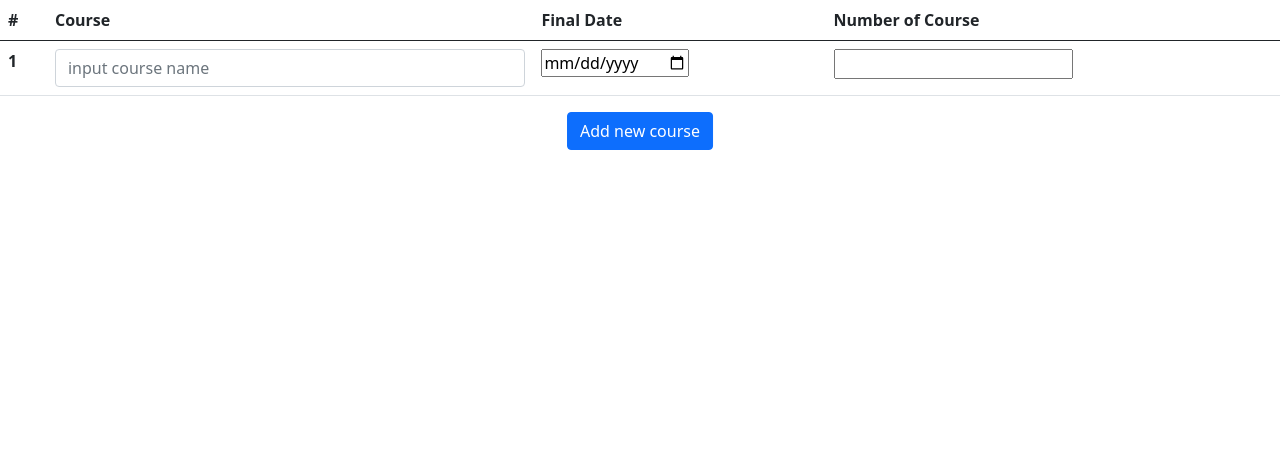
Repository: xich4932/fuxiguanli
Page: index_main.html
These files come from the project's save history. The page is drawn as it stood at one moment and after the next save; the edit follows.
The browser window is 1280 px wide. The pictures show the whole page.
After loading, the first visible `button.btn` was clicked once.

Above is the page before, as saved 2021-06-24 14:48:52.

### index_main.html
<!doctype html>
<html lang="en">
  <head>
    <!-- Required meta tags -->
    <meta charset="utf-8">
    <meta name="viewport" content="width=device-width, initial-scale=1">

    <!-- Bootstrap CSS -->
    <link href="https://cdn.jsdelivr.net/npm/bootstrap@5.0.1/dist/css/bootstrap.min.css" rel="stylesheet" integrity="sha384-+0n0xVW2eSR5OomGNYDnhzAbDsOXxcvSN1TPprVMTNDbiYZCxYbOOl7+AMvyTG2x" crossorigin="anonymous">
    <script src="https://cdnjs.cloudflare.com/ajax/libs/jquery/3.6.0/jquery.min.js" integrity="sha512-894YE6QWD5I59HgZOGReFYm4dnWc1Qt5NtvYSaNcOP+u1T9qYdvdihz0PPSiiqn/+/3e7Jo4EaG7TubfWGUrMQ==" crossorigin="anonymous" referrerpolicy="no-referrer"></script>

    <link rel="stylesheet" href="style.css">
    <title>Hello, world!</title>
  </head>
  <body onload="load_table()">

    <!-- Optional JavaScript; choose one of the two! -->

    <!-- Option 1: Bootstrap Bundle with Popper -->
    <script src="https://cdn.jsdelivr.net/npm/bootstrap@5.0.1/dist/js/bootstrap.bundle.min.js" integrity="sha384-gtEjrD/SeCtmISkJkNUaaKMoLD0//ElJ19smozuHV6z3Iehds+3Ulb9Bn9Plx0x4" crossorigin="anonymous"></script>

    <!-- Option 2: Separate Popper and Bootstrap JS -->
    <!--
    <script src="https://cdn.jsdelivr.net/npm/@popperjs/core@2.9.2/dist/umd/popper.min.js" integrity="sha384-IQsoLXl5PILFhosVNubq5LC7Qb9DXgDA9i+tQ8Zj3iwWAwPtgFTxbJ8NT4GN1R8p" crossorigin="anonymous"></script>
    <script src="https://cdn.jsdelivr.net/npm/bootstrap@5.0.1/dist/js/bootstrap.min.js" integrity="sha384-Atwg2Pkwv9vp0ygtn1JAojH0nYbwNJLPhwyoVbhoPwBhjQPR5VtM2+xf0Uwh9KtT" crossorigin="anonymous"></script>
    -->
    <div class="container" id="table_itself">
    <div id="print_table" class="table_style">
      <table class="table" id = "this_table">
        <thead>
          <tr>
            <th scope="col">#</th>
            <th scope="col">Sun</th>
            <th scope="col">Mon</th>
            <th scope="col">Tue</th>
            <th scope="col">Wed</th>
            <th scope="col">Thur</th>
            <th scope="col">Fri</th>
            <th scope="col">Sat</th>
          </tr>
        </thead>
        <tbody id="table_body">

        </tbody>
        </table>
    </div>
    <!--
    <div>
      <div id="course_table" >
        <table class="table" id = "add_course_table">
          <thead>
            <tr>
              <th scope="col">#</th>
              <th scope="col">Course</th>
              <th scope="col">Final Date</th>
              <th scope="col">Number of Course</th>
            </tr>
          </thead>
          <tbody id="course">

            <tr>
              <th scope="row">1</th>
              <td>
                <input class="form-control" type="text" placeholder="input course name" aria-label="default input example" id="course_0">
              </td>
              <td>
                <input type="date" id="final_0">
              </td>
              <td>
                <input type="number" id="num_0">
              </td>
            </tr>

          </tbody>
          </table>
    </div>
    </div>
    -->


    <div class="position-absolute bottom-7 start-50 translate-middle-x">
      <button type="button" class="btn btn-primary" onclick="checking()">Submit</button>
      <!--
      <a class="btn btn-primary" href="class_main.html" style="visibility:hidden;" role="button" id="table_next">Next</a>
      -->
    </div>
  </div>

    <div container style="visibility: hidden;" id="table_next">
      <div>
        <div id="course_table" >
          <table class="table" id = "add_course_table">
            <thead>
              <tr>
                <th scope="col">#</th>
                <th scope="col">Course</th>
                <th scope="col">Final Date</th>
                <th scope="col">Number of Course</th>
              </tr>
            </thead>
            <tbody id="course">

              <tr>
                <th scope="row">1</th>
                <td>
                  <input class="form-control" type="text" placeholder="input course name" aria-label="default input example" id="course_0">
                </td>
                <td>
                  <input type="date" id="final_0">
                </td>
                <td>
                  <input type="number" id="num_0">
                </td>
              </tr>

            </tbody>
            </table>
      </div>
      </div>
      <!--
        <div ">
        <button type="button" class="btn btn-primary" id="addbtn" onclick="printing()">check</button>
      </div>
      -->
        <div>

          <div class="position-absolute bottom- start-50 translate-middle-x">
              <button type="button" class="btn btn-primary" id="addbtn" onclick="add_course()">Add new course</button>

          </div>
    </div>



     <script type="text/javascript" src="script.js" defer="true"></script>
  </body>
</html>

### style.css

.vertical-center {
    margin: 0;
    position: absolute;
    top: 50%;
    -ms-transform: translateY(-50%);
    transform: translateY(-50%);
}
/*
.float{
	position:fixed;
	width:60px;
	height:60px;
	bottom:40px;
	right:40px;
	background-color:#0C9;
	color:#FFF;
	border-radius:50px;
	text-align:center;
	box-shadow: 2px 2px 3px #999;
}
*/
.table_style{
	background-color: whitesmoke;
	width: 80%;
	height: 100%;
	margin: auto;
	border-radius: 1pc;
	border-color: teal;
}

### script.js
function load_table(){
    var table = document.getElementById("table_body")
    //table.innerHTML;
    str = ''
    count = 0;
    window_time = ["6:00-8:00", "8:00-10:00", "10:00-12:00", "12:00-14:00", "14:00-16:00", "16:00-18:00", "18:00-20:00", "20:00-22:00", "22:00-24:00"]
    for(r = 0; r < 9; r++){
        str += '<th scope="row">'+window_time[r]+'</th>'
        for(i = 0; i < 7; i++){
            str += '<td><div class="form-check"><input class="form-check-input" type="checkbox" value="" id="check'+count+'"><label class="form-check-label" for="window'+count+'"></label></div></td>'
            count ++
        }
        str += '</tr>'
    }
    //var arr = [1,2,3,4]
    //test.apply(this ,arr)
    //console.log(arr.join())
    table.innerHTML += str
};

var week = []
function checking(){
    for(var f = 0; f < 7; f++){
        var temp_arr = []
        for( i = f; i <63; i+=7 ){
            if(document.getElementById('check' + String(i)).checked == true){
                console.log(i)
                temp_arr.push(parseInt(i/ 7))
            }
        }
        week.push(temp_arr)
    }
    console.log(week)
    document.getElementById("table_next").style.visibility = "visible"
    document.getElementById("table_itself").style.visibility = "hidden"
    document.getElementById("table_itself").style.height = 0
}

var total = 1;
//test
/*
week.push([0])
week.push([1,2])
week.push([2,3])
week.push([4])
week.push([5])
week.push([])
week.push([])
*/
var giant_table = []

function add_course(){
    add = document.getElementById("course");
    str = '<tr><th scope="row">'+ (total+1)+'</th><td><input class="form-control" type="text" placeholder="input course name" aria-label="default input example" id="course_'+total+'"></td><td><input type="date" id="final_'+total+'"></td><td><input type="number" id="num_'+total+'"></td></tr>'
    total += 1
    $('#add_course_table tr:last').after(str);
}

function printing(){
    console.log(document.getElementById('final_date1').value)
    console.log(document.getElementById('num_course1').value)
    console.log(document.getElementById('course_1').value)

}


//the day before final is reserved, thus function need to find the actual day of before_fianl
function cal_day(day, month, year){
    if(day != 1){
        day -= 1
        if(day < 10){
            //return String(year)+String(month)+'0'+String(day)
            return year.toString() + month.toString() + '0' + day.toString()
        }else{
            //return String(year)+String(month)+String(day)
            return year.toString() + month.toString()  + day.toString()
        }
    }else if(!(month == 1 && day == 1)){
        //month - 1 which is end with 31
        if(month == 1 || month == 2 || month == 4 || month == 6 || month == 8 || month == 9 || month == 11){
            month = (month - 1)%12
            if(month < 10){
                return String(year) + '0' + String(month) + "31"
            }else{
                return String(year) + String(month) + "31"
            }

        }else if(month == 3){//month - 1 is Feb, we need to check whether is leap year
            month = 2;
            if(((year % 4 == 0) && (year % 100 != 0)) || (year % 400 == 0)){
                day = 29
            }else{
                day = 28
            }
            return String(year) + String(month) + String(day)
        }else{
            //month - 1 which is end with 30
            month = (month - 1)%12
            if(month < 10){
                return String(year) + '0' + String(month) + "30"
            }else{
                return String(year) + String(month) + "30"
            }
        }
    }else{
        //when is the first day of year, year - 1
        year -= 1
        return String(year) + "1231"
    }
}
/*
cal_day(21,2,1999)
cal_day(1,3,2020)
cal_day(1,3,2021)
cal_day(1,10,2021)
*/

function cal_next_day(day, month, year){
    if(month == 1 || month == 3 || month == 5 || month == 7 || month == 8 || month == 10 || month == 12){ // month end in 30 days
        if(month == 12 && day == 31){//next day is new year
            return (year+1).toString() + "0101"
        }
        if(day + 1 <= 31){
            if(day + 1 < 10){
                day = "0" + (day + 1).toString()
            }else{
                day = (day + 1).toString()
            }
        }else{
            day = "01"
            month +=1
        }
        if(month < 10){
            month = "0" + month.toString()
        }else{
            month = month.toString()
        }
    }
    else if(month == 2){
        var max_day = 0;
        month = "03"
        if(((year % 4 == 0) && (year % 100 != 0)) || (year % 400 == 0)){
            //day = 29
            max_day = 29
        }else{
            max_day = 28
        }
        if(day + 1 > max_day){

            day = "01"
        }else{
            day = (day + 1).toString()
            if(day < 9){
                day = "0" + (day + 1).toString()
            }else{
                day = (day + 1).toString()
            }
        }
    }else{
        //month end in 30 days
        if(day + 1 <= 30){
            if(day + 1 < 10){
                day = "0" + (day + 1).toString()
            }else{
                day = (day + 1).toString()
            }
        }else{
            month += 1
            day = "01"
        }
        if(month  < 10){
            month = "0" + month.toString()
        }else{
            month = month.toString()
        }

    }
    return String(year)+String(month)+String(day)
}

function week_handle(){
    for(var e = 0; e < week.size; e++){
        var temep_arr = []
        for(var t = 0; e < week[e].size; t++){
            console.log(week[e][t])
            var taker = ret_window(week[e][t])
            console.log(taker)
            temp_arr.push(taker)
        }
        week[e] = []
        week[e].push(temp_arr)
        temp_arr = []
    }
    //console.log(week.join())
}


var final_arr=[]; // final dates
var before_final = [] //the days before final
var course_arr = []; //course name
var num_arr = [] //number of topic of final for review
var start_day = []//start day of
//var time_end = []//
var exclude_final = [] // exclude from review days
var exclude_str = "" //for RRULE
var icsFile = null;
var event_str = ""
var until = []
var start1 = ""
var start2 = ""
var window_str = ""
var special_id = [] //record UID of calendar task,
var count_fail = 0 //when fail = number of course, function stops
var remain_day = [] //record timewindow that has been used
//var final = []

function create() {
    for(var i = 0; i < total; i++){
        final_arr.push(document.getElementById("final_"+String(i)).value)
        num_arr.push(document.getElementById("num_"+String(i)).value)
        course_arr.push(document.getElementById("course_"+String(i)).value)
    }
   console.log(final_arr.join())
   console.log(course_arr.join())
   console.log(num_arr.join())
    console.log("week: ", week.join())
    //handle week array
    week_handle()

   //total = 2;
   var today = new Date();
   year = today.getFullYear()
   month = today.getMonth() + 1
   day = today.getDate()
   year_str = year.toString()
   month_str = month > 9? month.toString(): "0"+month.toString()
   day_str = day > 9? day.toString(): "0"+day.toString()
    start_day = cal_next_day(day_str, month_str, year_str)
    for(var i = 0; i < total; i++){
        console.log(final_arr[i].substring(0, 4))
        console.log(final_arr[i].substring(5, 7))
        console.log(final_arr[i].substring(8))
        console.log(cal_day((final_arr[i].substring(0, 4)),(final_arr[i].substring(5, 7)), (String(final_arr[i].substring(8)))))
        before_final.push(cal_day(final_arr[i].substring(8), final_arr[i].substring(5, 7), final_arr[i].substring(0, 4)))
        final_arr[i] = final_arr[i].substring(0, 4).toString() + final_arr[i].substring(5, 7).toString() + final_arr[i].substring(8).toString()
        special_id.push(Math.random().toString(36).substring(2))
    }
    //total /= 2
    console.log(final_arr.join())
    console.log(before_final.join())
    //start writing ics file
    day = today.getDay()
    day = (day + 1) % 7
    var idx = day;
    var starter = year.toString() +  month.toString() +  day.toString()
    var  temp_start = starter
    while(count_fail < total){
        temp_start  = starter
        while(temp_start != before_final[idx]){
            for(var ss = 0; ss < week[idx].size(); ss++){
                var start_str = (week[idx][ss]).toString()
            }
            createEvent_review(special_id[idx], course_arr[idx], temp_start, idx)
        }

    }
    ret_window()
    review_windows()
    automator()
   var final_ics = createEvent_final()
   //makeIcsFile()
   var ready = document.getElementById("downbtn")
   ready.href = makeIcsFile()
   document.getElementById("downbtn").style.visibility = "visible"
}

function check_reserved(tocheck){
    remain_day.map(x =>  {
        if(x == tocheck)
        return true
    })
    return false
}
/*
function exdate_working(){
    var temp_size = total / 2
    for(var t =0; t < total; t+=2){
        var str = ""
        str = String(final_arr[t].substring(0,4)) + String(final_arr[t].substring(5,7)) + String(final_arr[t].substring(8)) + 'T' + "000000"
        time_start.push(str)
        console.log("im in func")
    }
}
 */
/*
function time_to_start(){
   // console.log(final_arr.join())
    for(var t =0; t < total; t+=2){
        var str = ""
        str = String(final_arr[t].substring(0,4)) + String(final_arr[t].substring(5,7)) + String(final_arr[t].substring(8)) + 'T' + "000000"
        time_start.push(str)
        console.log("im in func")
    }
    //console.log(time_start.join())
}

function time_to_end(){
    //console.log(final_arr.join())
    for(var t =1; t <= total; t+=2){
        var str = ""
        str = String(final_arr[t].substring(0,4)) + String(final_arr[t].substring(5,7)) + String(final_arr[t].substring(8)) + 'T' + "235959"
        time_end.push(str)
        console.log("im in fund")
    }
}
 */

/*

 */
function final_rearrange(){
    for(var t =0; t < total ; t++){
        var temp_str = String(final_arr[t].substring(0,4)) + String(final_arr[t].substring(5,7)) + String(final_arr[t].substring(8)) + 'T' + "000000"
        if(t % 2){
            final_arr.push(temp_str)
        }
        exclude_str += temp_str
        exclude_str +=    ','
    }
    //console.log(str)
    //console.log(final_formatted.join())
}
/*
 *  store the time of windows
 *
 */
function ret_window(num){
    if(num == 0){
        start1 = "060000"
        start2 = "080000"
    }else if(num == 1){
        start1 = "080000"
        start2 = "100000"
    }else if(num == 2){
        start1 = "100000"
        start2 = "120000"
    }else if(num == 3){
        start1 = "120000"
        start2 = "140000"
    }else if(num == 4){
        start1 = "140000"
        start2 = "160000"
    }else if(num == 5){
        start1 = "160000"
        start2 = "180000"
    }else if(num == 6){
        start1 = "180000"
        start2 = "200000"
    }else if(num == 7){
        start1 = "200000"
        start2 = "220000"
    }else if(num == 8){
        start1 = "220000"
        start2 = "240000"
    }
    return start1.toString() + start2.toString()
}
/*
function review_windows(){
    var today = new Date()
    for(var d = 0; d < total; d++){
        //window_str =
        time_start.push(String(today.getFullYear()) + String(today.getMonth()+1) + String(today.getDate()) + "T" + window_start)
        time_end.push(String(today.getFullYear()) + String(today.getMonth()+1) + String(today.getDate()) + "T" + window_end)
    }
}
*/

/*
the final day and the days before final is reserved
*/
//var week = []
function calNextDay(month, year, day){
    if(month == 1 || month == 3 || month == 5 || month == 7 || month == 8 || month == 10 | month == 12 ){
        if(day + 1 > 31) return 1;
      //  else return day + 1;
    }else if(month == 4 || month == 6 || month == 9 || month == 11){
        if(day + 1 > 30) return 1;
     //   else return day + 1;
    }else{
        if(year % 4){
            if(day + 1 > 28) return 1;
          //  else return day + 1;
        } //return 28;
        if(!(year % 4) && year % 100){
            if(day + 1 > 29) return 1;
          //  else return day + 1;
        } //return 29; //leap month
        if(year % 100 && !(year % 400)){
            if(day + 1 > 28) return 1;
          //  else return day + 1;
        } //return 28
        else{
            if(day + 1 > 29) return 1;
          //  else return day + 1;
        } //return 29 //leap month
    }
    return day + 1
}



function automator(){
    var today = new Date()
    var sizer = total / 2;
    var temp_event
    console.log(today.getFullYear(), today.getMonth() +1, today.getDate())
    //document.getElementById("")
    time_start = String(today.getFullYear()) + String(today.getMonth()+1) + String(today.getDate()) + 'T000000'
    var weekday = translate_week((today.getDay() + 1) % 7 )
    for(var g = 0; g < sizer; g++){
        event_str += createEvent(course_arr[g], time_start[g], time_end[g] ,  until[g], translate_week(today.getDay()%7) )
    }
}


//return day in code
function translate_week(temp_week){
    switch (temp_week){
        case 0:
            return "SU"
            break;
        case 1:
            return "MO"
            break;
        case 2:
            return "TU"
            break;
        case 3:
            return "WE"
            break;
        case 0:
            return "TH"
            break;
        case 1:
            return "FR"
            break;
        case 2:
            return "SA"
            break;
        default:
            return "MO"
            break;
    }

}


//writing ICS rule

function createEvent_review(id, event_name, start_time, end_time, window) {
    var event_str = ""
    for(var i = 0; i < time_start.length; i++){
       event_str += "BEGIN:VEVENT\n" +
       "UID:" +
       id +
       "\n" +
       "TZID:Asia/Shanghai\n" +
       "DTSTART;VALUE=DATE:" +
       //time_start[i] +
       "\n" +
       "DTEND;VALUE=DATE:" +
      // time_end[i] +
       "\n" +
       "SUMMARY:" +
      // course_arr[i] +
       "\n" +
       "DESCRIPTION:" +
       "review for "+ course_arr[i] +
       "\n" +
       "BEGIN:VALARM\n" +
       "TRIGGER:-PT10M\n" +
       "ACTION:DISPLAY" +
       //"RRULE: FREQ=WEEKLY; WKST=SUN; BYDAY= " + r_week + //"EXDATE="+ exclude_str +
       //"\n" +
       "END:VEVENT\n";
    }
    return event_str
}

var final_str = ""
function createEvent_final() {
    for(var i = 0; i < total; i++){
       event_str += "BEGIN:VEVENT\n" +
       "UID:" +
       Math.random().toString(36).substring(2) +
       "\n" +
       "TZID:Asia/Shanghai\n" +
       "DTSTART;VALUE=DATE:" +
       //time_start[i] +
       final_arr[i] + "T000000"
       "\n" +
       "DTEND;VALUE=DATE:" +
       final_arr[i] + "T235959"
      // time_end[i] +
       "\n" +
       "SUMMARY:" +
       "final for "+ course_arr[i] +
       "\n" +
       "DESCRIPTION:" +
       "final for "+ course_arr[i] +
       "\n" +
       "BEGIN:VALARM\n" +
       "TRIGGER:-PT10M\n" +
       "ACTION:DISPLAY" +
       //"RRULE: FREQ=WEEKLY; WKST=SUN; BYDAY= " + r_week + "EXDATE="+ exclude_str +
       "\n" +
       "END:VEVENT\n";
    }
    return final_str
}



function makeIcsFile(date, summary, description) {
    //event_str =
    //console.log("eventstr: ", event_str)
    var test =
      "BEGIN:VCALENDAR\n" +
      "CALSCALE:GREGORIAN\n" +
      "METHOD:PUBLISH\n" +
      "PRODID:-//Test Cal//EN\n" +
      "VERSION:2.0\n";
     // console.log(event_str)
      test += event_str;

      test += "END:VCALENDAR";
    ///console.log(test)
    var data = new File([test], { type: "text/plain" });

    // If we are replacing a previously generated file we need to
    // manually revoke the object URL to avoid memory leaks.
    if (icsFile !== null) {
      window.URL.revokeObjectURL(icsFile);
    }

    icsFile = window.URL.createObjectURL(data);

    return icsFile;
}

After the next save:
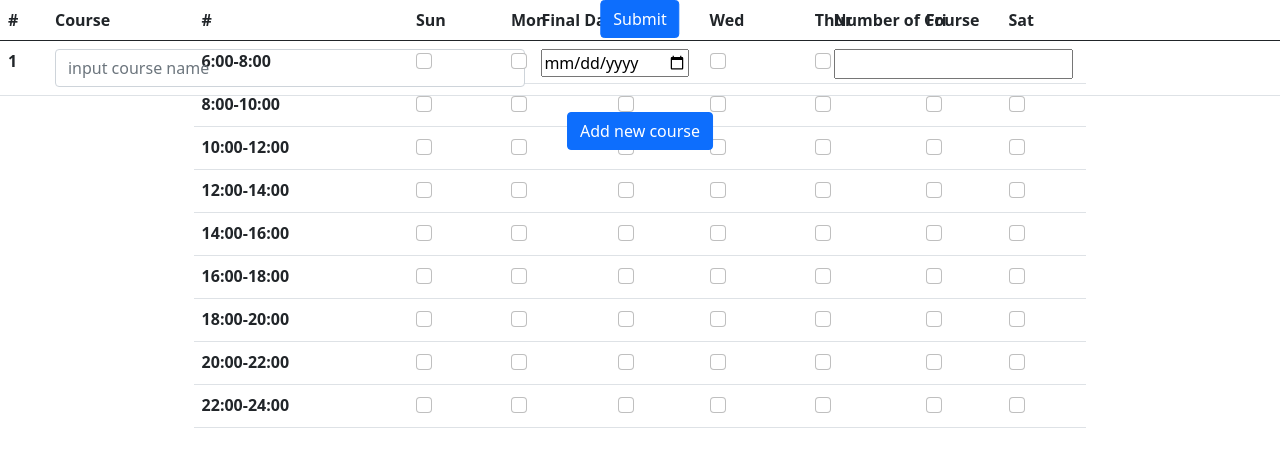
Saved 22 s later.
--- a/script.js
+++ b/script.js
@@ -32,7 +32,7 @@
     }
     console.log(week)
     document.getElementById("table_next").style.visibility = "visible"
-    document.getElementById("table_itself").style.visibility = "hidden"
+    document.getElementById("table_itself").style.display = ""
     document.getElementById("table_itself").style.height = 0
 }
 

After the save that followed:
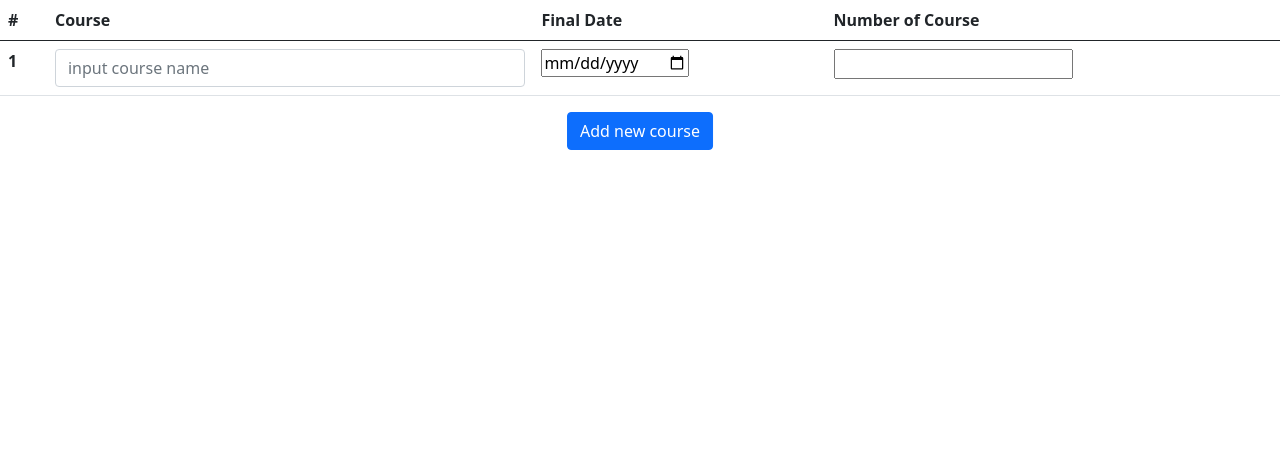
Saved 23 s later.
--- a/script.js
+++ b/script.js
@@ -32,8 +32,8 @@
     }
     console.log(week)
     document.getElementById("table_next").style.visibility = "visible"
-    document.getElementById("table_itself").style.display = ""
-    document.getElementById("table_itself").style.height = 0
+    document.getElementById("table_itself").style.display = "none"
+    //document.getElementById("table_itself").style.height = 0
 }
 
 var total = 1;
